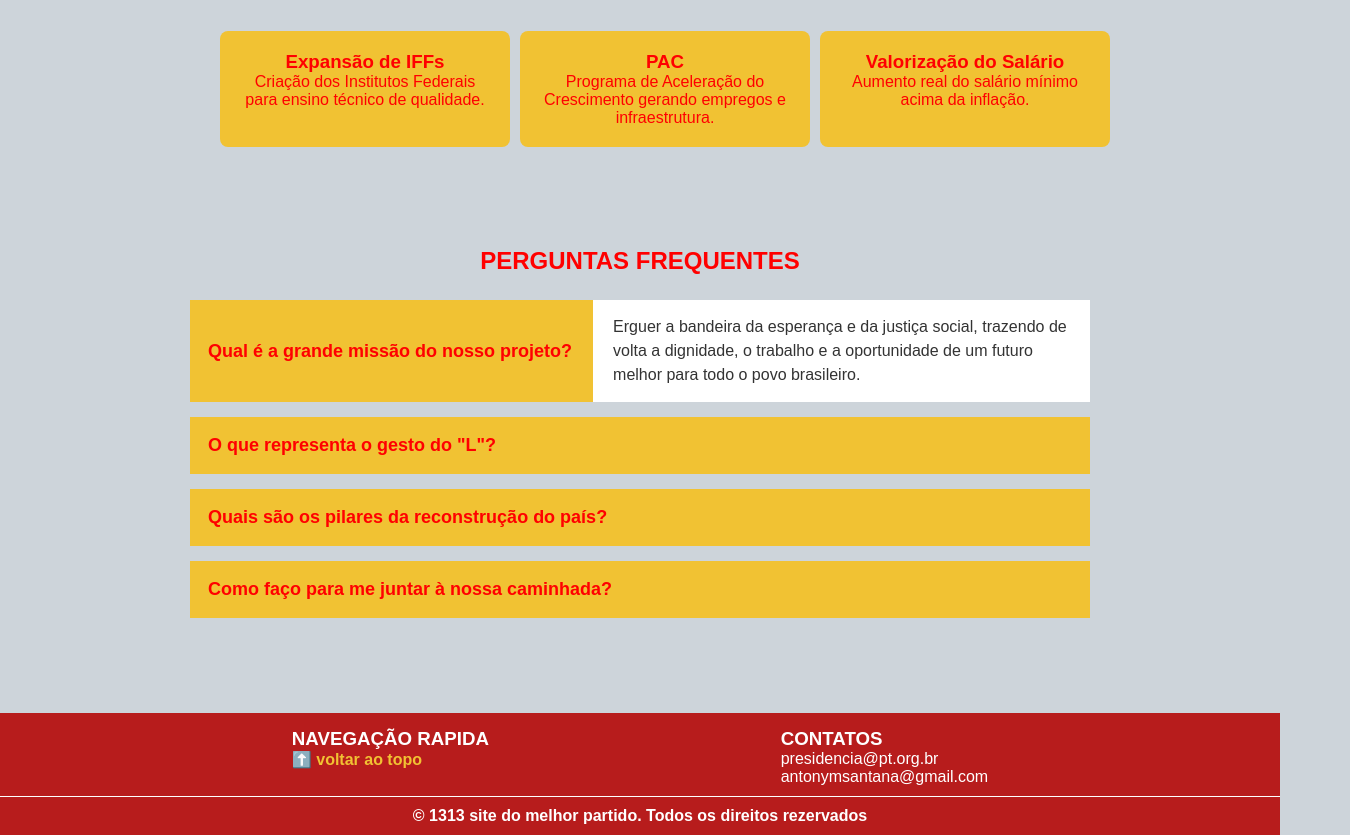
Repository: antonymsantana-design/second.revision
Page: html/html.html
These files come from the project's save history. The page is drawn as it stood at one moment and after the next save; the edit follows.
The browser window is 1280 px wide. The page is 1350 px wide, so the pictures cover 1350 px, including what lies to the right of the window. The pictures show the part of the page from y = 1917 to 2785 px (the page is 2752 px tall before and 2785 px after).
After loading, the first visible `button.crd-pergunta` was clicked once.

Above is the page before, as saved 2026-09-05 14:02:37.

### html/html.html
<!doctype html>
<html lang="pt-br">
  <head>
    <meta charset="UTF-8" />
    <meta name="viewport" content="width=device-width, initial-scale=1.0" />
    <title>avaliação</title>
    <link rel="stylesheet" href="../css/css.css" />
    <script src="../js/js.js" defer></script>
  </head>
  <header>
    <div class="conteudoH" id="conteudoH">
      <div class="imagem" id="imagem">
        <img
          src="../IMAGENS/partido-dos-trabalhadores-pt.png"
          alt="logo"
          class="logoIMG"
          id="logoIMG"
        />
      </div>
      <div class="links" id="links">
        <a href="#" class="aLinks">EXPERIÊNCIAS</a>
        <a href="#" class="aLinks">PROJETOS</a>
        <a href="#" class="aLinks">SOBRE</a>
      </div>
      <div class="btnDiv" id="btnDiv">
        <button class="btn" id="btn">
          <div class="btnTxt" id="btnTxt">
            <p>contrate-nos</p>
          </div>
        </button>
      </div>
    </div>
  </header>

  <body>
    <div class="conteudo">
      <div class="texto">
        <h1 class="faça_o_l">FAÇA O L</h1>
        <br />
        <h1 class="imediatamente">IMEDIATAMENTE</h1>
      </div>
    </div>

    <div class="cards">
      <div class="card">
        <div class="imagemCard">
          <img src="../IMAGENS/fazoL.webp" alt="ptzão" />
        </div>
        <div class="textoC">
          <p>
            O L desenhado pelas mãos do povo é o nosso escudo estampado no
            peito, o brasão de uma nação que recusou o fim e escolheu se
            reconstruir. Assim como os maiores símbolos de proteção, ele traz a
            força indomável dos esquecidos, a coragem da classe trabalhadora e o
            abraço que resgata a dignidade de cada família. Fazer o L não é
            apenas um gesto: é a armadura invisível da justiça, a poesia de quem
            luta sem medo e a prova viva de que a esperança sempre vence
            qualquer escuridão.
          </p>
        </div>
      </div>

      <div class="card">
        <div class="imagemCard">
          <img src="../IMAGENS/Design sem nome.png" alt="ptzão" />
        </div>
        <div class="textoC">
          <p>
            A reconstrução do Brasil é a nossa maior batalha vitoriosa, o
            compromisso sagrado de honrar quem ergue este país com as próprias
            mãos. É o salário que volta a ter valor de arma contra a miséria, o
            prato cheio que alimenta a dignidade e a porta da universidade
            aberta para o filho do trabalhador. Erguemos de volta a estrutura de
            uma nação soberana, provando que quando a força do povo se levanta,
            nenhuma injustiça é capaz de ficar em pé.
          </p>
        </div>
      </div>

      <div class="card">
        <div class="imagemCard">
          <img src="../IMAGENS/Design sem nome (1).png" alt="ptzão" />
        </div>
        <div class="textoC">
          <p>
            Nossa verdadeira força nunca esteve em batalhas solitárias, mas no
            exército invencível de milhões de corações alinhados. É o povo
            organizado no campo, na fábrica e na periferia, formando uma
            barreira inabalável em defesa da liberdade e do futuro. Estar juntos
            é carregar o juramento de não deixar ninguém para trás. Somos a
            guarda permanente do país, os guardiões da justiça social e a prova
            de que a nossa união é o maior poder da Terra.
          </p>
        </div>
      </div>
    </div>

    <div class="cardsV">
      <div class="video">
        <video autoplay loop muted playsinline>
          <source src="../video/video1.mp4" type="video/mp4" />
        </video>
      </div>
      <div class="video">
        <video autoplay loop muted playsinline>
          <source src="../video/video2.mp4" type="video/mp4" />
        </video>
      </div>
      <div class="video">
        <video autoplay loop muted playsinline>
          <source src="../video/video3.mp4" type="video/mp4" />
        </video>
      </div>
    </div>

    <div class="galery">
      <div class="btnfiltro">
        <button class="btn-filtro" data-categoria="todos">Todas</button>
        <button class="btn-filtro" data-categoria="social">Social</button>
        <button class="btn-filtro" data-categoria="educacao">Educação</button>
        <button class="btn-filtro" data-categoria="economia">Economia</button>
      </div>

      <div class="cards-galeria">
        <div class="card-item" data-categoria="social">
          <h3>Bolsa Família</h3>
          <p>
            Garantia de renda e combate direto à extrema pobreza em todo o país.
          </p>
        </div>

        <div class="card-item" data-categoria="social">
          <h3>Minha Casa Minha Vida</h3>
          <p>Acesso à moradia digna para milhões de famílias brasileiras.</p>
        </div>

        <div class="card-item" data-categoria="educacao">
          <h3>Prouni e FIES</h3>
          <p>Inclusão de jovens da classe trabalhadora no ensino superior.</p>
        </div>

        <div class="card-item" data-categoria="educacao">
          <h3>Expansão de IFFs</h3>
          <p>
            Criação dos Institutos Federais para ensino técnico de qualidade.
          </p>
        </div>

        <div class="card-item" data-categoria="economia">
          <h3>PAC</h3>
          <p>
            Programa de Aceleração do Crescimento gerando empregos e
            infraestrutura.
          </p>
        </div>

        <div class="card-item" data-categoria="economia">
          <h3>Valorização do Salário</h3>
          <p>Aumento real do salário mínimo acima da inflação.</p>
        </div>
      </div>
    </div>

    <div class="crd-container">
      <h2 class="crd-titulo">PERGUNTAS FREQUENTES</h2>

      <div class="crd-item">
        <button class="crd-pergunta">
          Qual é a grande missão do nosso projeto?
        </button>
        <div class="crd-resposta">
          <p>
            Erguer a bandeira da esperança e da justiça social, trazendo de
            volta a dignidade, o trabalho e a oportunidade de um futuro melhor
            para todo o povo brasileiro.
          </p>
        </div>
      </div>

      <div class="crd-item">
        <button class="crd-pergunta">O que representa o gesto do "L"?</button>
        <div class="crd-resposta">
          <p>
            O "L" é o símbolo do nosso compromisso coletivo. Ele representa o
            escudo da classe trabalhadora, a força dos esquecidos e a prova de
            que a união vence qualquer escuridão.
          </p>
        </div>
      </div>

      <div class="crd-item">
        <button class="crd-pergunta">
          Quais são os pilares da reconstrução do país?
        </button>
        <div class="crd-resposta">
          <p>
            Foco no que realmente importa: salário valorizado, comida na mesa,
            moradia digna e as portas das universidades abertas para os filhos
            do trabalhador.
          </p>
        </div>
      </div>

      <div class="crd-item">
        <button class="crd-pergunta">
          Como faço para me juntar à nossa caminhada?
        </button>
        <div class="crd-resposta">
          <p>
            A nossa força vem da união de todos. Seja no campo, na fábrica ou na
            cidade, qualquer pessoa pode somar voz e energia para defender a
            democracia e o futuro do país.
          </p>
        </div>
      </div>
    </div>

    <div class="modal-overlay" id="modalContato">
      <div class="modal-box">
        <span id="btnClose" class="close-btn">X</span>
        <h2 class="modal-title">FALE CONOSCO</h2>

        <form id="formContato">
          <div class="input-group">
            <label for="nome">Nome</label>
            <input type="text" id="nome" required />
          </div>
          <div class="input-group">
            <label for="email">E-mail</label>
            <input type="email" id="email" required />
          </div>
          <div class="input-group">
            <label for="Assunto">Assunto</label>
            <input type="text" id="assunto" required />
          </div>
          <div class="input-group">
            <label for="mensagem">mensagem</label>
            <textarea id="mensagem" rows="4" required></textarea>
          </div>

          <button type="submit" class="btn-enviar" id="enviar">ENVIAR</button>
        </form>
      </div>
    </div>
  </body>
  <footer>
    <div class="cima">
      <div class="esquerda">
        <h3>NAVEGAÇÃO RAPIDA</h3>
        <h4 class="btnTopo" id="btnTopo">⬆️ voltar ao topo</h4>
      </div>
      <div class="direita">
        <h3>CONTATOS</h3>
        <a href="">presidencia@pt.org.br</a> <br />
        <a href="">antonymsantana@gmail.com</a>
      </div>
    </div>
    <div class="baixo">
      <h4>© 1313 site do melhor partido. Todos os direitos rezervados</h4>
    </div>
  </footer>
</html>

### css/css.css
* {
    padding: 0px;
    margin: 0px;
    font-family: Arial, Helvetica, sans-serif;
}

body {
    background-color: rgb(205, 212, 218);
}

header {
    background-color: #f1c233;
    height: 110px;
    border-bottom: red solid 3px;
}

.conteudoH {
    display: flex;
    justify-content: space-between;
    padding-right: 100px;
    align-items: center;
}

.imagem {
    margin-left: 20px;
    margin-top: 5px;
}

.logoIMG {
    width: 100px;
    height: 100px;
}

.links {
    display: flex;
    gap: 20px;
    justify-content: center;
    padding-right: 130px;
}

.links a {
    text-decoration: none;
    color: red;
    transition: 0.5s ease;
}

.aLinks:hover {
    transform: translateY(-5px);
    box-shadow: 0 4px 10px rgba(0, 0, 0, 0.15);
    background-color: red;
    color: #f1c233;
    border-radius: 5px;
    width: 120px;
    height: 30px;
    display: flex;
    justify-content: center;
    align-items: center;
}

.btnDiv {
    display: flex;
}

.btn {
    display: flex;
    justify-content: center;
    width: 120px;
    height: 70px;
    background-color: red;
    border: none;
    color: white;
    align-items: center;
    border-radius: 8px;
    transition: 0.3s ease;
    cursor: pointer;
}

.btn:hover {
    transform: translateY(-5px);
    box-shadow: 0 8px 15px rgba(255, 0, 0, 0.4);
}

.conteudo {
    background-image: url(../IMAGENS/maxresdefault.jpg);
    background-repeat: no-repeat;
    background-size: cover;
    background-position: center;
    height: 100vh;
}

.texto {
    padding-top: 250px;
    padding-left: 100px;
    font-size: 40px;
}

.faça_o_l {
    color: #f1c233;
}

.imediatamente {
    color: red;
}

.cards {
    display: flex;
    justify-content: space-around;
    margin-top: 20px;
}

.card {
    background-color: #f1c233;
    height: 500px;
    width: 430px;
    border-radius: 10px;
    display: flex;
    justify-content: center;
    align-items: center;
    position: relative;
    transition: 0.3s ease;
}

.card:hover {
    transform: translateY(-10px);
    box-shadow: 0 12px 25px rgba(0, 0, 0, 0.3);
    background-color: red;
}

.imagemCard {
    width: 300px;
    height: 300px;
    position: absolute;
    top: 50%;
    left: 50%;
    transform: translate(-50%, -50%);
    transition: 0.3s ease;
}

.imagemCard img {
    width: 100%;
    transition: 0.3s ease;
}

.card:hover img {
    opacity: 0;
}

.textoC {
    color: #f1c233;
    text-align: center;
    justify-content: center;
    align-items: center;
    font-size: 20px;
    display: flex;
    height: 500px;
    width: 430px;
    padding: 20px;
    box-sizing: border-box;
}

.cardsV {
    display: flex;
    justify-content: space-around;
    margin-top: 90px;
}

.cardsV video {
    width: 450px;
    border-radius: 10px;
    padding-bottom: 55px;
    transition: 0.3s ease;
}

.cardsV video:hover {
    transform: translateY(-8px);
}

.modal-overlay {
    position: fixed;
    top: 0;
    left: 0;
    width: 100vw;
    height: 100vh;
    background-color: rgba(0, 0, 0, 0.65);
    display: none;
    justify-content: center;
    align-items: center;
    z-index: 9999;
}

.modal-overlay.active {
    display: flex;
}

.modal-box {
    background-color: #f1c233;
    width: 90%;
    max-width: 420px;
    padding: 30px 25px;
    position: relative;
    box-shadow: 0 8px 20px rgba(0, 0, 0, 0.3);
    border-radius: 5px;
}

.close-btn {
    position: absolute;
    top: 12px;
    right: 20px;
    font-size: 26px;
    color: red;
    cursor: pointer;
    font-weight: bold;
    transition: 0.3s ease;
}

.close-btn:hover {
    transform: scale(1.2);
}

.modal-title {
    text-align: center;
    margin-bottom: 20px;
    color: red;
}



.input-group {
    display: flex;
    flex-direction: column;
    margin-bottom: 12px;
}

.input-group label {
    font-size: 14px;
    font-weight: bold;
    color: red;
    margin-bottom: 4px;
}

.input-group input,
.input-group textarea {
    border: none;
    border-radius: 8px;
    padding: 10px;
    resize: vertical;
    outline: none;
    font-size: 14px;
}

.btn-enviar {
    display: block;
    margin: 20px auto 0 auto;
    background-color: red;
    color: white;
    border: none;
    padding: 10px 40px;
    border-radius: 20px;
    font-weight: bold;
    cursor: pointer;
    transition: 0.3s ease;
}

.btn-enviar:hover {
    transform: translateY(-3px);
    box-shadow: 0 5px 15px rgba(0, 0, 0, 0.2);
}

footer {
    background-color: #b71c1c;
    color: white;
    padding-top: 15px;
}

.cima {
    border-bottom: white 1px solid;
    padding-bottom: 10px;
    display: flex;
    justify-content: space-evenly;
}

.direita a {
    color: white;
    text-decoration: none;
    transition: 0.3s ease;
}

.direita a:hover {
    color: #f1c233;
}

.btnTopo {
    cursor: pointer;
    color: #f1c233;
    transition: 0.3s ease;
}

.btnTopo:hover {
    transform: translateY(-3px);
}

.baixo {
    text-align: center;
    padding: 10px 0;
}

.galery{
    padding-bottom: 20px;
}

.card-item {
    background-color: #f1c233;
    color: red;
    padding: 20px;
    border-radius: 8px;
    width: 250px;
    text-align: center;
    transition: 0.3s ease;
}

.btnfiltro{
    padding-bottom: 10px;
     display: flex;
    justify-content: center;
    gap: 10px;
}

.card-item:hover {
    transform: translateY(-5px);
    box-shadow: 0 5px 15px rgba(0, 0, 0, 0.2);
}

.btn-filtroT{
    background-color: #f1c233;
    color: white;
    border: none;
    padding: 10px 20px;
    border-radius: 5px;
    cursor: pointer;
    font-weight: bold;
    transition: 0.3s ease;
}

.btn-filtro {
    background-color: red;
    color: white;
    border: none;
    padding: 10px 20px;
    border-radius: 5px;
    cursor: pointer;
    font-weight: bold;
    transition: 0.3s ease;
}

.btn-filtro.trocarCor{
    background-color: #f1c233;
    color: white;
}

.btn-filtro:hover {
    background-color: #b71c1c;
    transform: translateY(-2px);
}

.cards-galeria{
    display: grid;
    justify-content: center;
    grid-template-columns: repeat(3, 240px);
    gap: 60px;
}

.card-item.escondido {
    display: none;
}

.crd-container {
    max-width: 900px;
    margin: 60px auto;
    padding: 20px;
}

.crd-titulo {
    text-align: center;
    color: red;
    margin-bottom: 25px;
}

.crd-item {
    margin-bottom: 15px;
}

.crd-pergunta {
    width: 100%;
    background-color: #f1c233;
    color: red;
    border: none;
    padding: 18px;
    text-align: left;
    font-size: 18px;
    font-weight: bold;
    cursor: pointer;
}

.crd-pergunta:hover {
    background-color: red;
    color: #f1c233;
}

.crd-resposta {
    display: none;
    overflow: hidden;
    background-color: white;
    transition: 0.4s ease;
}

.crd-resposta p {
    padding: 15px 20px;
    color: #333;
    line-height: 1.5;
}

.crd-item.ativo, .crd-resposta.ativo {
    display: flex;
    max-height: 200px;
}

### js/js.js
const modal = document.getElementById("modalContato");
const btnAbrir = document.getElementById("btn");
const btnFechar = document.getElementById("btnClose");
const enviar = document.getElementById("enviar");
const rolar = document.getElementById("btnTopo");

btnAbrir.onclick = function () {
  modal.classList.add("active");
};

btnFechar.onclick = function () {
  modal.classList.remove("active");
};

enviar.onclick = function () {
  window.alert("enviado com sucesso");
  modal.classList.remove("active");
};

rolar.onclick = function () {
  window.scrollTo({
    top: 0,
    behavior: "smooth",
  });
};

const botoes = document.querySelectorAll(".btn-filtro");
const cards = document.querySelectorAll(".card-item");

botoes.forEach((botao) => {
  botao.addEventListener("click", () => {
    const categoriaSelec = botao.getAttribute("data-categoria");
    cards.forEach((card) => {
      const categoriaCard = card.getAttribute("data-categoria");
      if (categoriaSelec === "todos" || categoriaSelec === categoriaCard) {
        card.classList.remove("escondido");
      } else {
        card.classList.add("escondido");
      }
    });
  });
});

const perguntas = document.querySelectorAll(".crd-pergunta");

perguntas.forEach((pergunta) => {
  pergunta.addEventListener("click", () => {
    const respostas = document.querySelector(".crd-resposta");
    const mostrarResp = document.querySelector(".crd-item");
    if (respostas.classList.contains("ativo")) {
      respostas.classList.remove("ativo");
      mostrarResp.classList.remove("ativo");
    } else {
      respostas.classList.add("ativo");
      mostrarResp.classList.add("ativo");
    }
  });
});

After the next save:
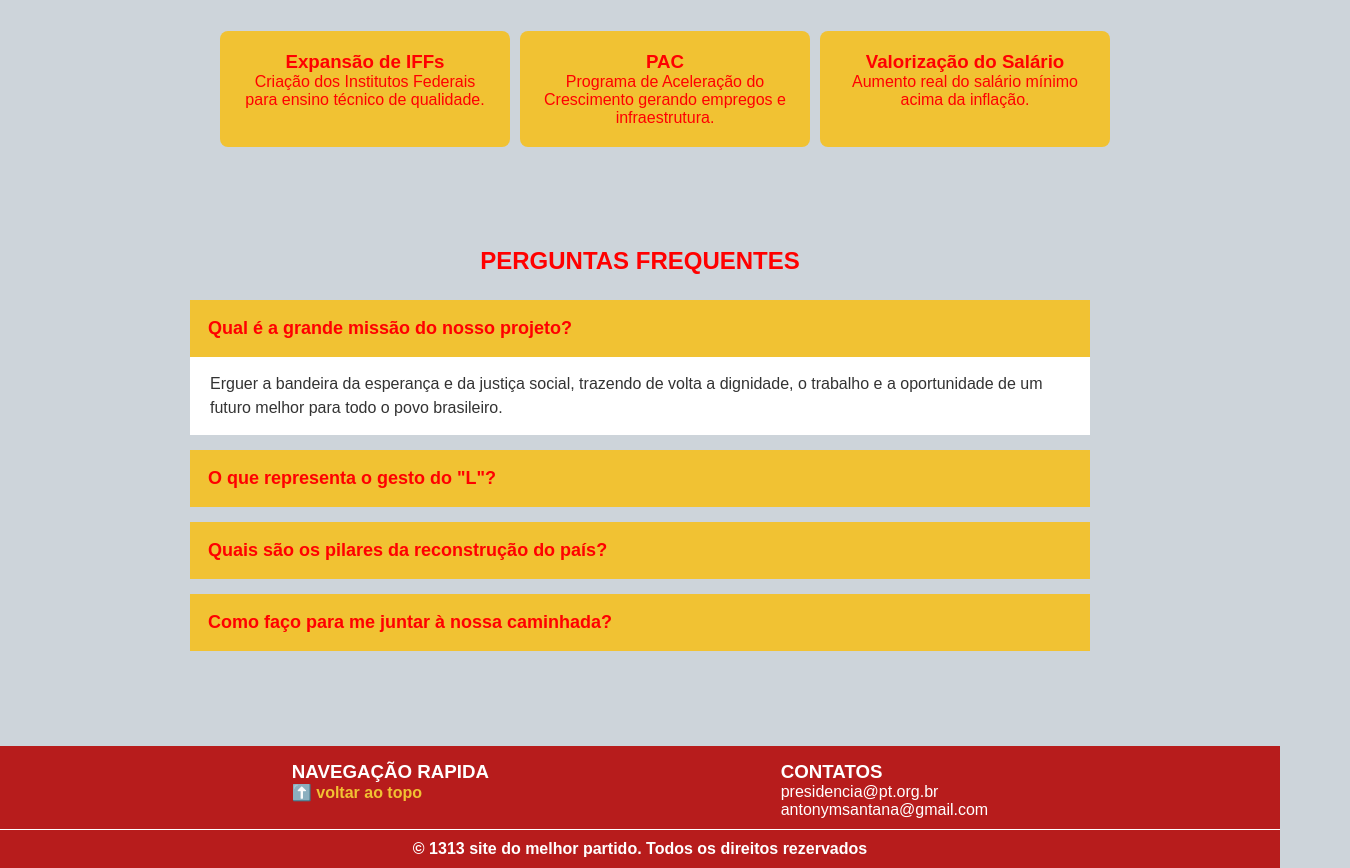
Console error: TypeError: Cannot read properties of undefined (reading 'add')
Saved 7 s later.
--- a/js/js.js
+++ b/js/js.js
@@ -46,7 +46,7 @@
 perguntas.forEach((pergunta) => {
   pergunta.addEventListener("click", () => {
     const respostas = document.querySelector(".crd-resposta");
-    const mostrarResp = document.querySelector(".crd-item");
+    const mostrarResp = document.querySelectorAll(".crd-item");
     if (respostas.classList.contains("ativo")) {
       respostas.classList.remove("ativo");
       mostrarResp.classList.remove("ativo");
